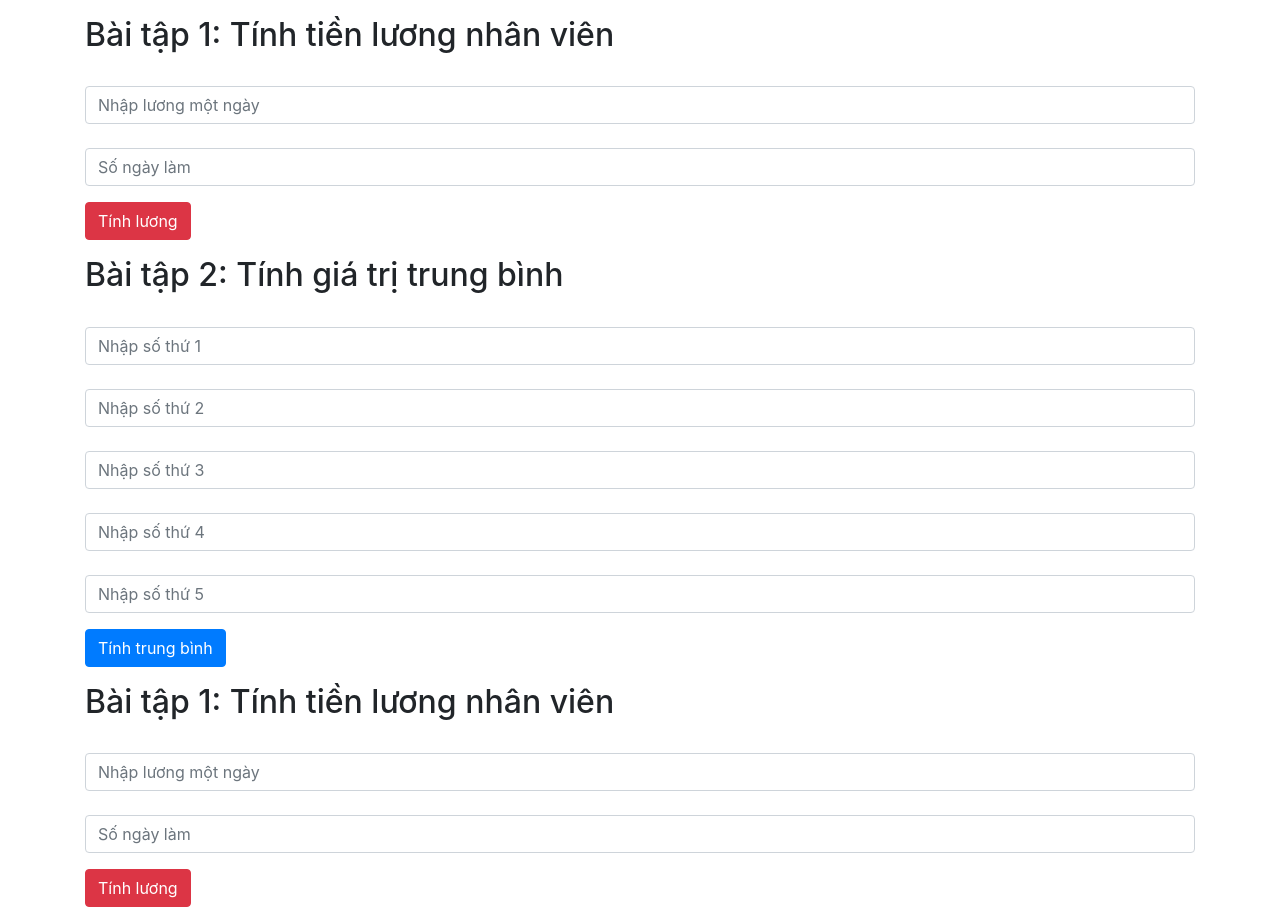
Repository: thanhfrankie/BC10-LeMinhThanh-Js-b2-3
Page: index.html
An editor plug-in stored every save of this project. The page is shown before and after the next save, followed by the edit.
The browser window is 1280 px wide. The pictures show the whole page.

Above is the page before, as saved 2023-12-15 15:40:55.

### index.html
<!DOCTYPE html>
<html lang="en">
  <head>
    <title>Title</title>
    <!-- Required meta tags -->
    <meta charset="utf-8" />
    <meta
      name="viewport"
      content="width=device-width, initial-scale=1, shrink-to-fit=no"
    />

    <!-- Bootstrap CSS -->
    <link
      rel="stylesheet"
      href="https://stackpath.bootstrapcdn.com/bootstrap/4.3.1/css/bootstrap.min.css"
      integrity="sha384-ggOyR0iXCbMQv3Xipma34MD+dH/1fQ784/j6cY/iJTQUOhcWr7x9JvoRxT2MZw1T"
      crossorigin="anonymous"
    />
  </head>
  <body>
    <!-- Bài tập 1 -->
    <div class="container">
      <h2 class="mt-3">Bài tập 1: Tính tiền lương nhân viên</h2>
      <div class="form-group">
        <label for="luong-mot-ngay"></label>
        <input
          type="number"
          class="form-control"
          name=""
          id="luong-mot-ngay"
          aria-describedby="helpId"
          placeholder="Nhập lương một ngày"
          required
        />
        <label for="so-ngay-lam"></label>
        <input
          type="number"
          class="form-control"
          name=""
          id="so-ngay-lam"
          aria-describedby="helpId"
          placeholder="Số ngày làm"
          required
        />
        <button type="button" onclick="tinhLuong()" class="btn btn-danger mt-3">
          Tính lương
        </button>
      </div>
      <h2 id="luong-nhan-duoc"></h2>
    </div>
    <!-- Bài tập 2 -->
    <div class="container">
      <div class="form-group">
        <h2>Bài tập 2: Tính giá trị trung bình</h2>
        <label for="so-thu-1"></label>
        <input
          type="number"
          class="form-control"
          name=""
          id="so-thu-1"
          aria-describedby="helpId"
          placeholder="Nhập số thứ 1"
        />
        <label for="so-thu-2"></label>
        <input
          type="number"
          class="form-control"
          name=""
          id="so-thu-2"
          aria-describedby="helpId"
          placeholder="Nhập số thứ 2"
        />
        <label for="so-thu-3"></label>
        <input
          type="number"
          class="form-control"
          name=""
          id="so-thu-3"
          aria-describedby="helpId"
          placeholder="Nhập số thứ 3"
        />
        <label for="so-thu-4"></label>
        <input
          type="number"
          class="form-control"
          name=""
          id="so-thu-4"
          aria-describedby="helpId"
          placeholder="Nhập số thứ 4"
        />
        <label for="so-thu-5"></label>
        <input
          type="number"
          class="form-control"
          name=""
          id="so-thu-5"
          aria-describedby="helpId"
          placeholder="Nhập số thứ 5"
        />
        <button type="button" onclick="tinhTrungBinh()" class="btn btn-primary mt-3">
          Tính trung bình
        </button>
        <h2 id="ket-qua"></h2>
      </div>
    </div>
    <!-- Bài tập 3
     -->

     <div class="container">
      <h2 class="mt-3">Bài tập 1: Tính tiền lương nhân viên</h2>
      <div class="form-group">
        <label for="luong-mot-ngay"></label>
        <input
          type="number"
          class="form-control"
          name=""
          id="luong-mot-ngay"
          aria-describedby="helpId"
          placeholder="Nhập lương một ngày"
          required
        />
        <label for="so-ngay-lam"></label>
        <input
          type="number"
          class="form-control"
          name=""
          id="so-ngay-lam"
          aria-describedby="helpId"
          placeholder="Số ngày làm"
          required
        />
        <button type="button" onclick="tinhLuong()" class="btn btn-danger mt-3">
          Tính lương
        </button>
      </div>
      <h2 id="luong-nhan-duoc"></h2>
    </div>
    <!-- Optional JavaScript -->
    <!-- jQuery first, then Popper.js, then Bootstrap JS -->
    <script
      src="https://code.jquery.com/jquery-3.3.1.slim.min.js"
      integrity="sha384-q8i/X+965DzO0rT7abK41JStQIAqVgRVzpbzo5smXKp4YfRvH+8abtTE1Pi6jizo"
      crossorigin="anonymous"
    ></script>
    <script
      src="https://cdnjs.cloudflare.com/ajax/libs/popper.js/1.14.7/umd/popper.min.js"
      integrity="sha384-UO2eT0CpHqdSJQ6hJty5KVphtPhzWj9WO1clHTMGa3JDZwrnQq4sF86dIHNDz0W1"
      crossorigin="anonymous"
    ></script>
    <script
      src="https://stackpath.bootstrapcdn.com/bootstrap/4.3.1/js/bootstrap.min.js"
      integrity="sha384-JjSmVgyd0p3pXB1rRibZUAYoIIy6OrQ6VrjIEaFf/nJGzIxFDsf4x0xIM+B07jRM"
      crossorigin="anonymous"
    ></script>
    <script src="./index.js"></script>
  </body>
</html>

### index.js
// Bài tập 1
/**
 * B1: tạo biến, lấy giá trị từ input
 * B2: Tính lương
 * + tạo biến để tính lương: lương 1 ngày * số ngày làm
 * + gán sự kiện click cho button
 * B3: hiển thị kết quả
 */
function tinhLuong() {
  // B1:
  var luongMotNgay = document.getElementById("luong-mot-ngay").value;
  var soNgayLam = document.getElementById("so-ngay-lam").value;
  // B2, B3:
  var luongNhanDuoc = document.getElementById("luong-nhan-duoc");
  luongNhanDuoc.innerText = luongMotNgay * soNgayLam;
}
// Bài tập 2
/**
 * B1: tạo biến, lấy giá trị từ input
 * B2: Tính giá trị trung bình
 * + tạo biến để tính giá trị trung bình: tổng các giá trị đã nhập / số giá trị đã nhập
 * + gán sự kiện click cho button
 * B3: hiển thị kết quả
 */
function tinhTrungBinh() {
    var soThu1 = document.getElementById("so-thu-1").value  *1
    var soThu2 = document.getElementById("so-thu-2").value  *1
    var soThu3 = document.getElementById("so-thu-3").value *1
    var soThu4 = document.getElementById("so-thu-4").value *1
    var soThu5 = document.getElementById("so-thu-5").value *1

    var trungBinh =   (soThu1 + soThu2 + soThu3 + soThu4 + soThu5) /5
    var ketQua = document.getElementById("ket-qua")
    ketQua.innerText = trungBinh
}

After the next save:
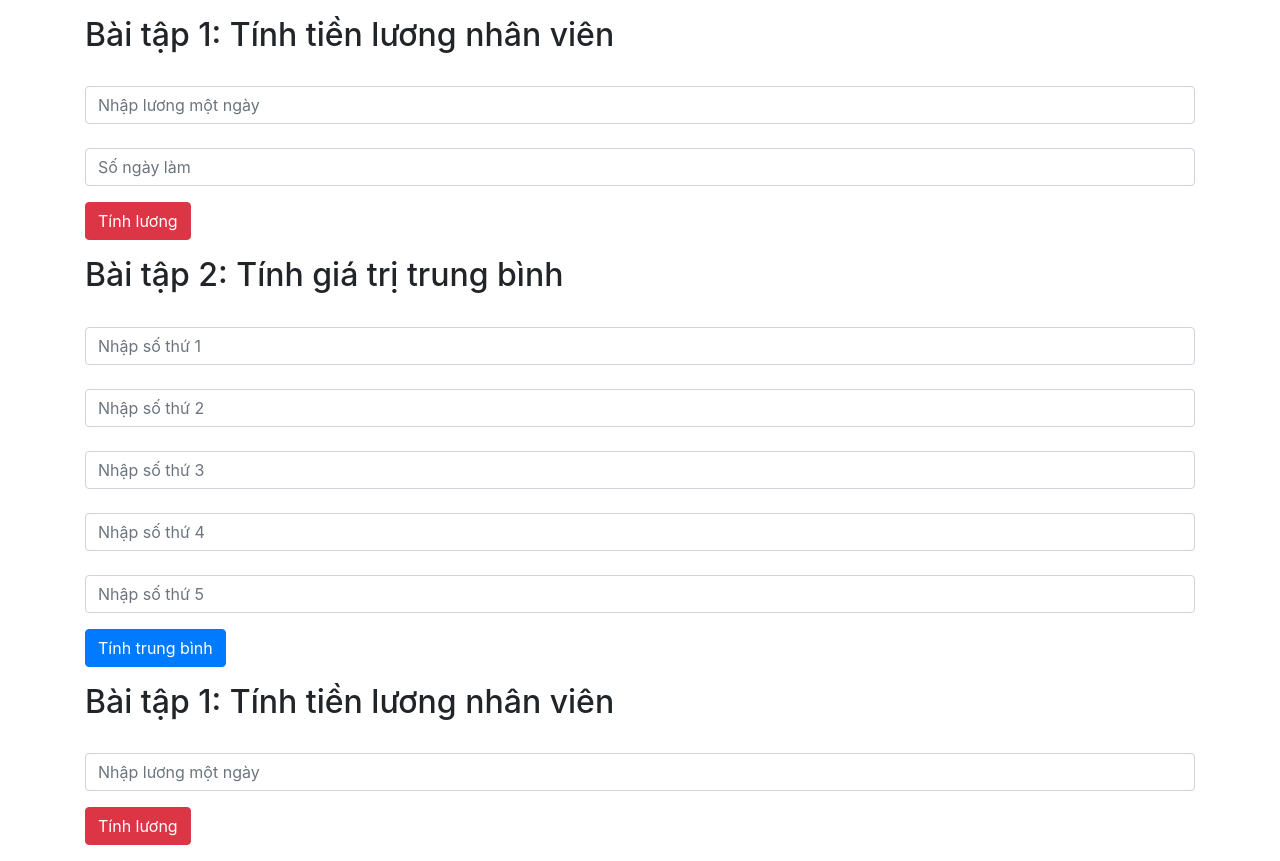
Saved 6 s later.
--- a/index.html
+++ b/index.html
@@ -119,16 +119,7 @@
           placeholder="Nhập lương một ngày"
           required
         />
-        <label for="so-ngay-lam"></label>
-        <input
-          type="number"
-          class="form-control"
-          name=""
-          id="so-ngay-lam"
-          aria-describedby="helpId"
-          placeholder="Số ngày làm"
-          required
-        />
+
         <button type="button" onclick="tinhLuong()" class="btn btn-danger mt-3">
           Tính lương
         </button>
